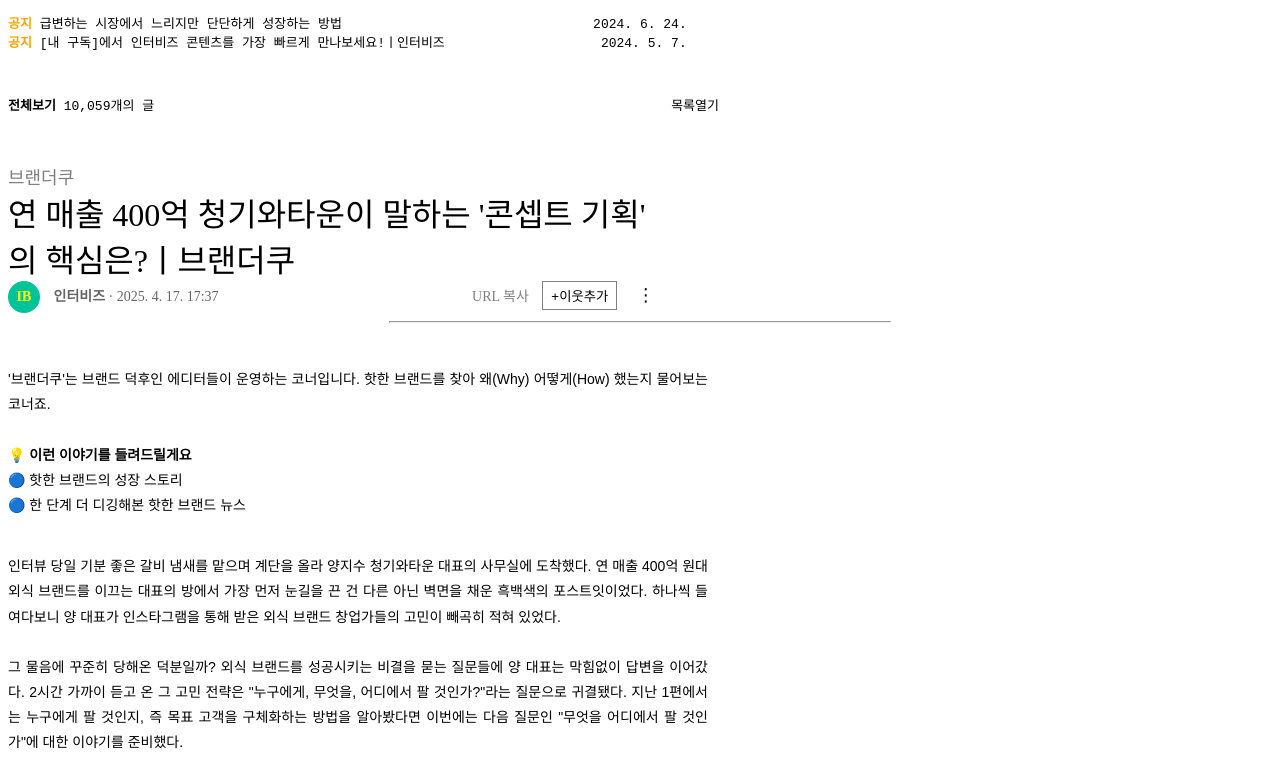
Repository: msgggg1/webPro
Page: webPro/src/main/webapp/html/days02/ex11.html
These files come from the project's save history. The page is drawn as it stood at one moment and after the next save; the edit follows.
The browser window is 1280 px wide. The pictures show the whole page.

Above is the page before, as saved 2025-04-22 15:35:34.

### webPro/src/main/webapp/html/days02/ex11.html
<!DOCTYPE html>
<html>
<head>
<meta charset="UTF-8">
<title>Insert title here</title>
<link rel="shortcut icon" type="image/x-icon" href="http://localhost/webPro/images/SiSt.ico">
<script src="https://ajax.googleapis.com/ajax/libs/jquery/3.7.1/jquery.min.js"></script>
<style "text-align: center;">
	#list{
		color: black;
		text-decoration: none;
	}
	#list:hover{
		text-decoration: underline;
	}
	a{
		text-decoration: none;
	}
	a:hover{
		text-decoration: underline;
	}
	a:visited {
		color: gray;
	}
</style>
</head>
<body>
<!-- https://blog.naver.com/PostView.naver?blogId=businessinsight&logNo=223837748542&proxyReferer=&noTrackingCode=true -->
<pre>
<font color="orange"><b>공지</b></font> 급변하는 시장에서 느리지만 단단하게 성장하는 방법                 	           2024. 6. 24. <!-- 줄 간격 맞추기 -->
<font color="orange"><b>공지</b></font> [내 구독]에서 인터비즈 콘텐츠를 가장 빠르게 만나보세요!ㅣ인터비즈 		    2024. 5. 7.
</pre>
<br>
<pre>
<b>전체보기</b> 10,059개의 글							     	     <a href="" id="list">목록열기</a>
</pre>
<br>
<br>
<font size="4" color="gray"><a href="">브랜더쿠</a></font>
<br>
<font size="6">연 매출 400억 청기와타운이 말하는 '콘셉트 기획'<br>의 핵심은?ㅣ브랜더쿠</font>
<font style="font-size: 14px;">
<br>

  <span style="display: inline-block; width: 32px; height: 32px; background-color: #00c39a; color: yellow; border-radius: 50%; text-align: center; line-height: 32px; font-weight: bold;">
    IB
  </span>

  <span style="margin-left: 10px; color: #666;">
  <b>인터비즈</b> · 2025. 4. 17. 17:37
</span>

<a href="" style="margin-left: 250px; color: gray; text-decoration: none;">URL 복사</a>

<button style="margin-left: 10px; border: 1px solid gray; padding: 4px 8px; background: white;">
  +이웃추가
</button>

<button style="margin-left: 10px; border: none; background: none; font-size: 18px;">
  ⋮
</button>
</font>
<hr style="width: 500px;align-self: left">
<br>
<br>
<!-- 본문 -->
<font style="font-family: sans-serif; font-size: 14px; line-height: 1.8; display: block; width: 700px; text-align: justify;">
  '브랜더쿠'는 브랜드 덕후인 에디터들이 운영하는 코너입니다. 핫한 브랜드를 찾아 왜(Why) 어떻게(How) 했는지 물어보는 코너죠.
  <br><br>
  💡 <b>이런 이야기를 들려드릴게요</b><br>
  🔵 핫한 브랜드의 성장 스토리<br>
  🔵 한 단계 더 디깅해본 핫한 브랜드 뉴스
</font>
<br><br>

<!-- 본문 내용 -->
<font style="font-family: sans-serif; font-size: 14px; line-height: 1.8; display: block; width: 700px; text-align: justify;">
  인터뷰 당일 기분 좋은 갈비 냄새를 맡으며 계단을 올라 양지수 청기와타운 대표의 사무실에 도착했다.
  연 매출 400억 원대 외식 브랜드를 이끄는 대표의 방에서 가장 먼저 눈길을 끈 건 다른 아닌 벽면을 채운 흑백색의 포스트잇이었다.
  하나씩 들여다보니 양 대표가 인스타그램을 통해 받은 외식 브랜드 창업가들의 고민이 빼곡히 적혀 있었다.
  <br><br>
  그 물음에 꾸준히 당해온 덕분일까? 외식 브랜드를 성공시키는 비결을 묻는 질문들에 양 대표는 막힘없이 답변을 이어갔다.
  2시간 가까이 듣고 온 그 고민 전략은 "누구에게, 무엇을, 어디에서 팔 것인가?"라는 질문으로 귀결됐다.
  지난 1편에서는 누구에게 팔 것인지, 즉 목표 고객을 구체화하는 방법을 알아봤다면 이번에는 다음 질문인
  "무엇을 어디에서 팔 것인가"에 대한 이야기를 준비했다.
</font>



</body>
</html>

After the next save:
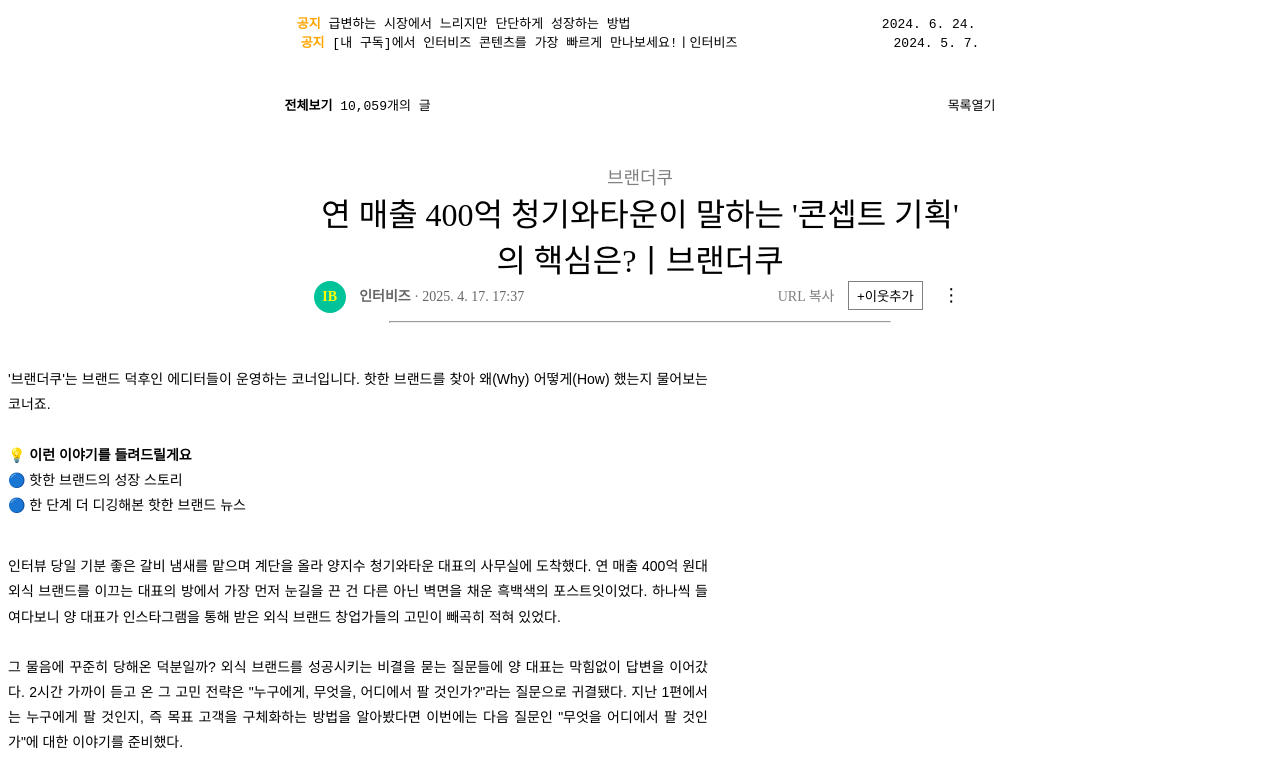
Saved 36 s later.
--- a/webPro/src/main/webapp/html/days02/ex11.html
+++ b/webPro/src/main/webapp/html/days02/ex11.html
@@ -5,7 +5,7 @@
 <title>Insert title here</title>
 <link rel="shortcut icon" type="image/x-icon" href="http://localhost/webPro/images/SiSt.ico">
 <script src="https://ajax.googleapis.com/ajax/libs/jquery/3.7.1/jquery.min.js"></script>
-<style "text-align: center;">
+<style>
 	#list{
 		color: black;
 		text-decoration: none;
@@ -24,7 +24,7 @@
 	}
 </style>
 </head>
-<body>
+<body style="text-align: center;">
 <!-- https://blog.naver.com/PostView.naver?blogId=businessinsight&logNo=223837748542&proxyReferer=&noTrackingCode=true -->
 <pre>
 <font color="orange"><b>공지</b></font> 급변하는 시장에서 느리지만 단단하게 성장하는 방법                 	           2024. 6. 24. <!-- 줄 간격 맞추기 -->
